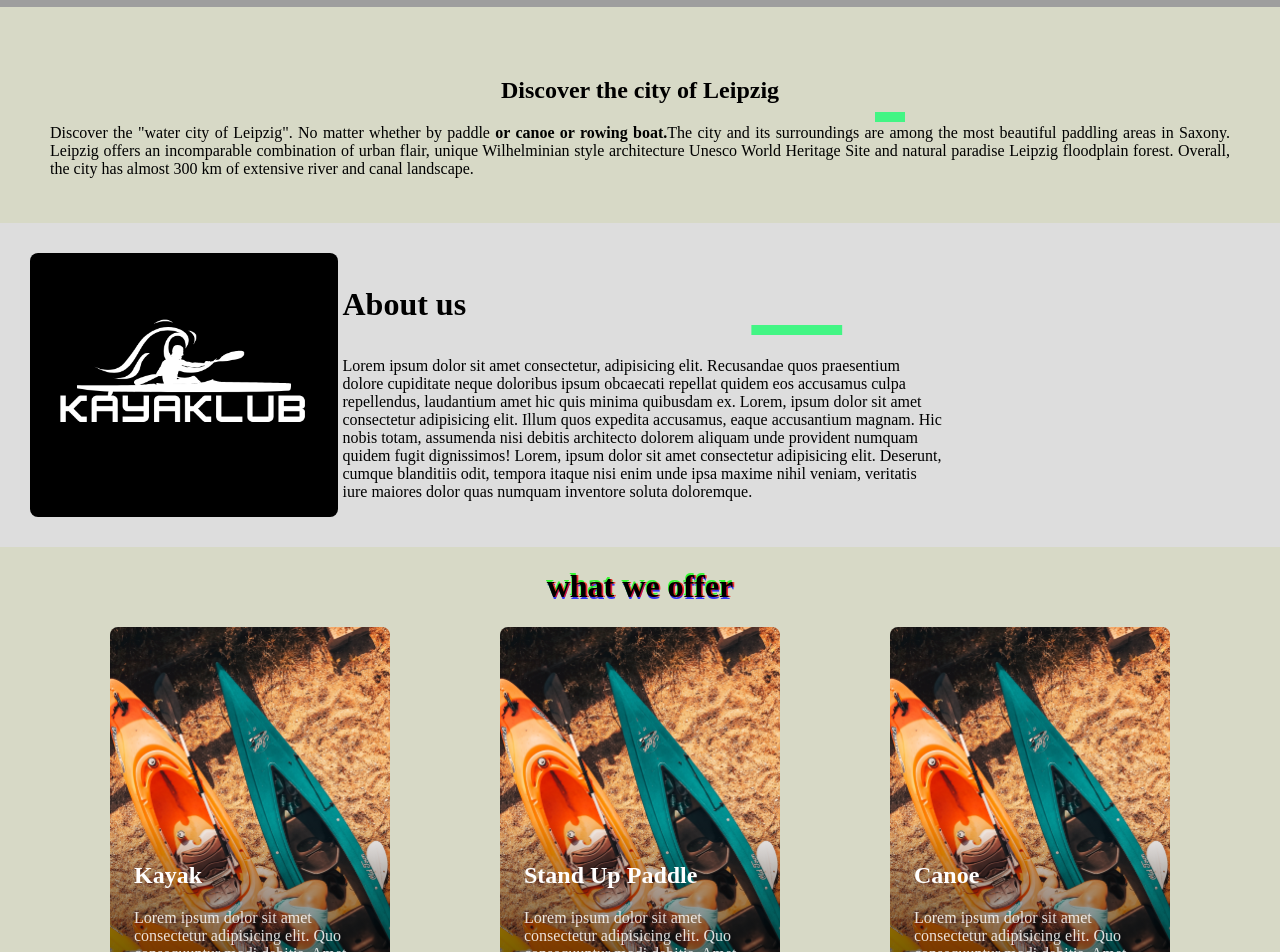
Repository: joseluis2289/Responsive-club-website
Page: index.html
The author's editor kept a copy of each file at every save. The page is drawn from the files as they stood at one save, then again after the next save.
The browser window is 1280 px wide. The pictures show the part of the page from y = 763 to 1715 px (the page is 2671 px tall).
Pictures or frames that could not be fetched are drawn as grey boxes. Some web fonts or font styles are not loaded; a fallback is used.

Above is the page before, as saved 2021-08-25 10:28:41.

After the next save:
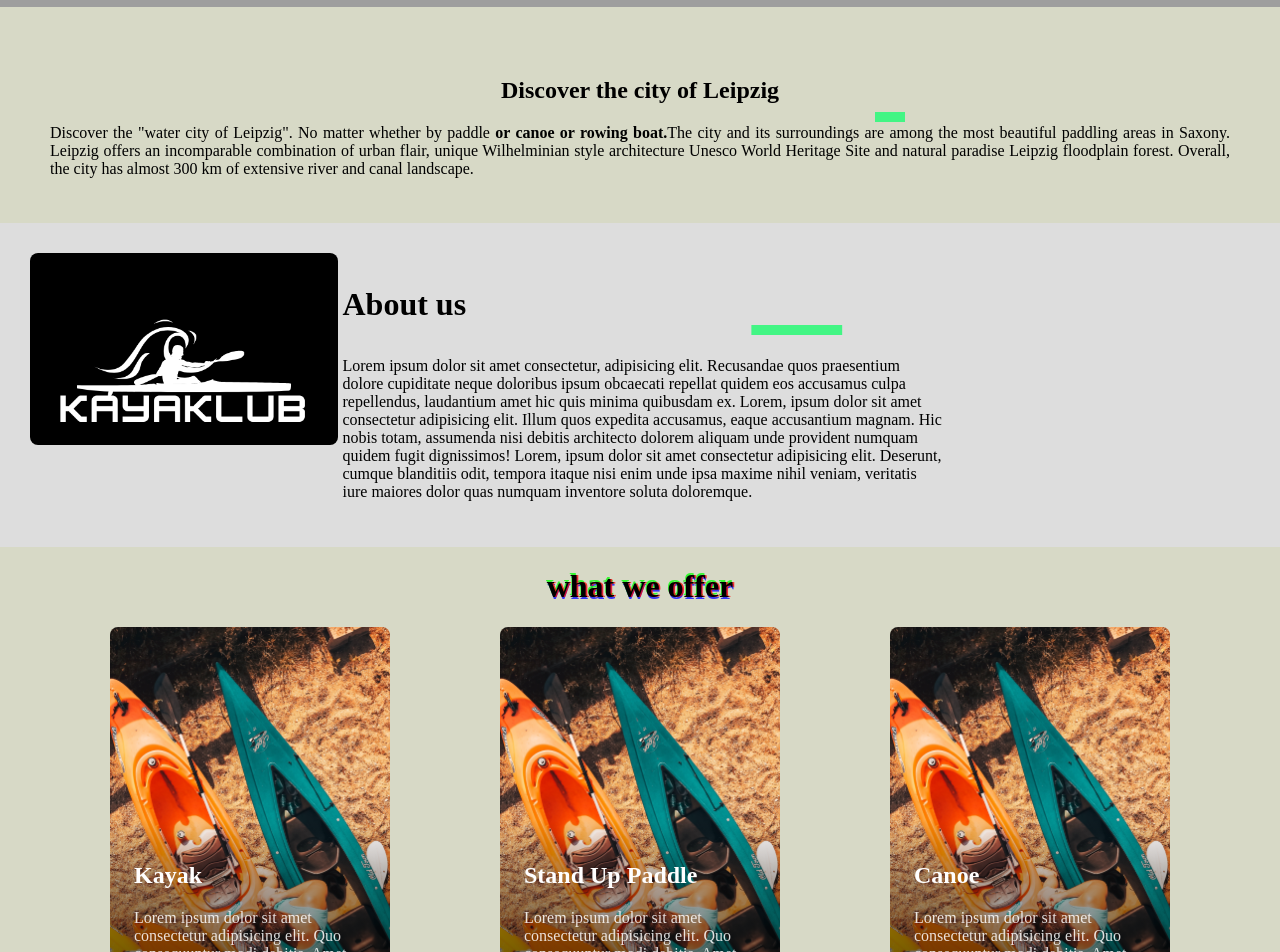
Saved 23 s later.
--- a/style.css
+++ b/style.css
@@ -159,6 +159,7 @@ body{
     padding: 12rem 0 0;
     /* ch is 35 character wide */
      max-width: 75ch;
+     max-height: 10vh;
     border-radius: 0.5rem;
 }
 .aboutUs-text{
